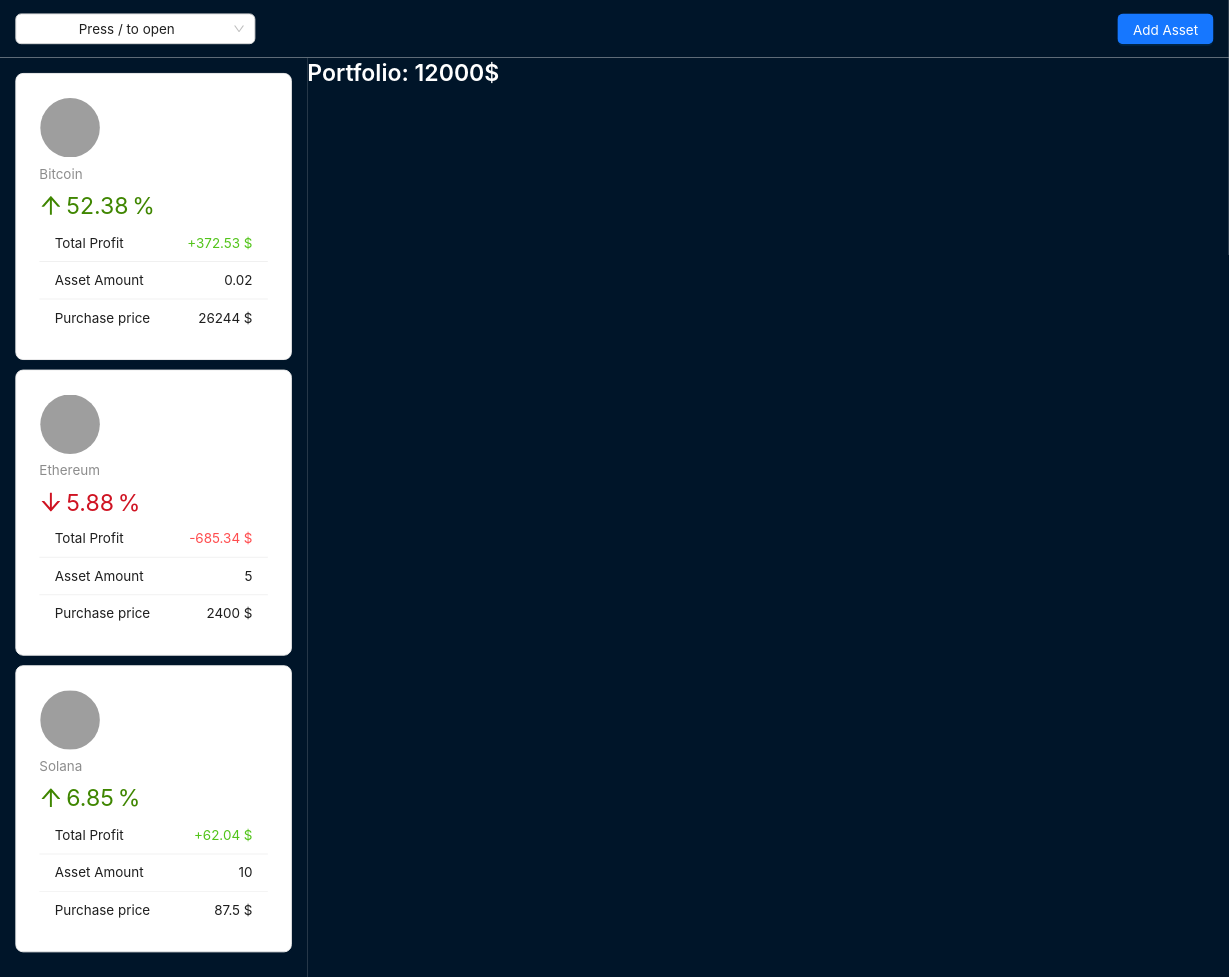
Repository: Vadia23/React-Crypto-App
Page: /
The author's editor kept a copy of each file at every save. The page is drawn from the files as they stood at one save, then again after the next save.
The browser window is 1280 px wide. The pictures show the whole page, at 96% of full size.
Pictures or frames that could not be fetched are drawn as grey boxes. The project was rebuilt for these pictures with package versions that can differ from the ones it lists, and the page was loaded fresh each time. Also part of the build but not shown: vite.config.js, src/components/CoinInfo.jsx, src/components/CoinInfoModal.jsx, src/components/AddAssetForm.jsx, src/components/layout/AppConten.jsx.

Above is the page before, as saved 2024-02-28 13:55:55.

### src/App.jsx
import { Layout } from "antd";
import AppHeader from "./components/layout/AppHeader";
import AppSider from "./components/layout/AppSider";
import AppContent from "./components/layout/AppConten";
import { CryptoContextProvider } from "./context/cryptoContext";
import AppLayout from "./components/layout/AppLayout";

export default function App() {
  return (
    <CryptoContextProvider>
      <AppLayout />
    </CryptoContextProvider>
  );
}

### src/components/layout/AppHeader.jsx
import { Button, Layout, Modal, Select, Space, Drawer } from "antd";
import { useCrypto } from "../../context/cryptoContext";
import { useEffect, useState } from "react";
import CoinInfoModal from "../CoinInfoModal";
import AddAssetForm from "../AddAssetForm";

const headerStyle = {
  textAlign: "center",
  color: "#fff",
  height: 60,
  width: "100%",
  padding: "1rem",
  display: "flex",
  justifyContent: "space-between",
  alignItems: "center",
};

export default function AppHeader() {
  const [select, setSelect] = useState(false);
  const [modal, setModal] = useState(false);
  const [drawer, setDrawer] = useState(false);
  const [coin, setCoin] = useState(null);
  const { crypto } = useCrypto();

  function handleSelect(value) {
    setModal(true);
    setCoin(crypto.find((c) => c.id === value));
    // const coin = crypto.findIndex((coin) => coin.id === value);
    // setCoin(crypto[coin]);
  }

  useEffect(() => {
    const keypress = (event) => {
      if (event.key === "/") {
        setSelect((prev) => !prev);
      }
    };

    document.addEventListener("keypress", keypress);
    return () => document.removeEventListener("keypress", keypress);
  }, []);

  return (
    <Layout.Header style={headerStyle}>
      <Select
        open={select}
        // mode="multiple"
        style={{ width: 250 }}
        onClick={() => setSelect((prev) => !prev)}
        value={"Press / to open"}
        onSelect={handleSelect}
        // optionLabelProp="label"
        options={crypto.map((coin) => ({
          label: coin.name,
          value: coin.id,
          icon: coin.icon,
        }))}
        optionRender={(option) => (
          <Space>
            <img
              style={{ width: 20 }}
              src={option.data.icon}
              alt={option.data.label}
            />{" "}
            {option.data.label}
          </Space>
        )}
      />
      <Button type="primary" onClick={() => setDrawer(true)}>
        Add Asset
      </Button>

      <Modal
        open={modal}
        onCancel={() => {
          setModal(false), setCoin(null);
        }}
        footer={null}
      >
        <CoinInfoModal coin={coin} />
      </Modal>

      <Drawer
        width={"40%"}
        title="Add Asset"
        onClose={() => setDrawer(false)}
        open={drawer}
        destroyOnClose
      >
        <AddAssetForm onClose={() => setDrawer(false)} />
      </Drawer>
    </Layout.Header>
  );
}

### src/components/layout/AppSider.jsx
import { Avatar, Card, Layout, List, Statistic, Typography } from "antd";
import { ArrowDownOutlined, ArrowUpOutlined } from "@ant-design/icons";
import { useContext } from "react";
import { capitalize } from "../../utils";
import CryptoContext from "../../context/cryptoContext";

export default function AppSider() {
  const { assets } = useContext(CryptoContext);

  return (
    <Layout.Sider width="25%" style={{ padding: "1rem" }}>
      {assets.map((asset, i) => (
        <Card key={i} style={{ marginBottom: "10px" }}>
          <Avatar size={64} src={asset.icon} style={{ marginBottom: "5px" }} />
          <Statistic
            title={capitalize(asset.id)}
            value={asset.growPercent}
            precision={2}
            valueStyle={{ color: asset.grow ? "#3f8600" : "#cf1322" }}
            prefix={asset.grow ? <ArrowUpOutlined /> : <ArrowDownOutlined />}
            suffix="%"
          />
          <List
            size="small"
            dataSource={[
              {
                title: "Total Profit",
                value: (
                  <Typography.Text type={asset.grow ? "success" : "danger"}>
                    {asset.grow
                      ? "+" + asset.totalProfit + " $"
                      : asset.totalProfit + " $"}
                  </Typography.Text>
                ),
              },
              { title: "Asset Amount", value: asset.amount },
              { title: "Purchase price", value: asset.price + " $" },
            ]}
            renderItem={(item) => (
              <List.Item>
                <span>{item.title}</span>
                {}
                <span>{item.value}</span>
              </List.Item>
            )}
          />
        </Card>
      ))}
    </Layout.Sider>
  );
}

### src/context/cryptoContext.jsx
import { createContext, useContext, useEffect, useState } from "react";
import { fakeFetchCrypto, fetchAssets } from "../api";
import { percentDifference } from "../utils";

const CryptoContext = createContext({
  assets: [],
  crypto: [],
  isLoading: false,
});

export function CryptoContextProvider({ children }) {
  const [isLoading, setIsLoading] = useState(false);
  const [crypto, setCrypto] = useState([]);
  const [assets, setAssets] = useState([]);
  function mapAssets(assets, result) {
    return assets.map((asset) => {
      const coin = result.find((c) => c.id === asset.id);

      return {
        grow: asset.price < coin.price, // boolean for color of statistic
        growPercent: percentDifference(asset.price, coin.price),
        totalAmount: asset.amount * coin.price,
        totalProfit: +(
          asset.amount * coin.price -
          asset.amount * asset.price
        ).toFixed(2),
        icon: coin.icon,
        ...asset,
      };
    });
  }

  useEffect(() => {
    async function preload() {
      setIsLoading(true);
      const { result } = await fakeFetchCrypto();
      const assets = await fetchAssets();

      setCrypto(result);
      setAssets(mapAssets(assets, result));
      setIsLoading(false);
    }
    preload();
  }, []);

  function addAsset(newAsset) {
    return setAssets((prev) => mapAssets([...prev, newAsset], crypto));
  }

  return (
    <CryptoContext.Provider value={{ isLoading, crypto, assets, addAsset }}>
      {children}
    </CryptoContext.Provider>
  );
}

export default CryptoContext;

export function useCrypto() {
  return useContext(CryptoContext);
}

### src/components/layout/AppLayout.jsx
import { Layout, Spin } from "antd";
import AppHeader from "./AppHeader";
import AppSider from "./AppSider";
import AppContent from "./AppContent";
import { useContext } from "react";
import CryptoContext from "../../context/cryptoContext";

export default function AppLayout() {
  const { isLoading } = useContext(CryptoContext);

  if (isLoading) {
    return <Spin spinning={isLoading} fullscreen />;
  }

  return (
    <Layout>
      <AppHeader />
      <Layout>
        <AppSider />
        <AppContent />
      </Layout>
    </Layout>
  );
}

### src/utils.js
export function percentDifference(a, b) {
  return +(100 * Math.abs((a - b) / ((a + b) / 2))).toFixed(2);
}

export function capitalize(str) {
  return str.charAt(0).toUpperCase() + str.substr(1);
}

### src/api.js
import { cryptoAssets, cryptoData } from "./data";

export function fakeFetchCrypto() {
  return new Promise((resolve) => {
    setTimeout(() => {
      resolve(cryptoData);
    }, 1);
  });
}
export function fetchAssets() {
  return new Promise((resolve) => {
    setTimeout(() => {
      resolve(cryptoAssets);
    }, 1);
  });
}

### src/components/layout/AppContent.jsx
import { Layout, Typography } from "antd";

const contentStyle = {
  textAlign: "center",
  minHeight: "calc(100vh - 60px)",
  color: "#fff",
  backgroundColor: "#001529",
};

export default function AppContent() {
  return (
    <Layout.Content style={contentStyle}>
      <Typography.Title level={3} style={{ color: "#fff", textAlign: "left" }}>
        Portfolio: 12000$
      </Typography.Title>
    </Layout.Content>
  );
}

Loaded but not shown: index.html (common file); src/main.jsx (common file); src/index.css (common file); src/data.js (631 lines, source omitted)

After the next save:
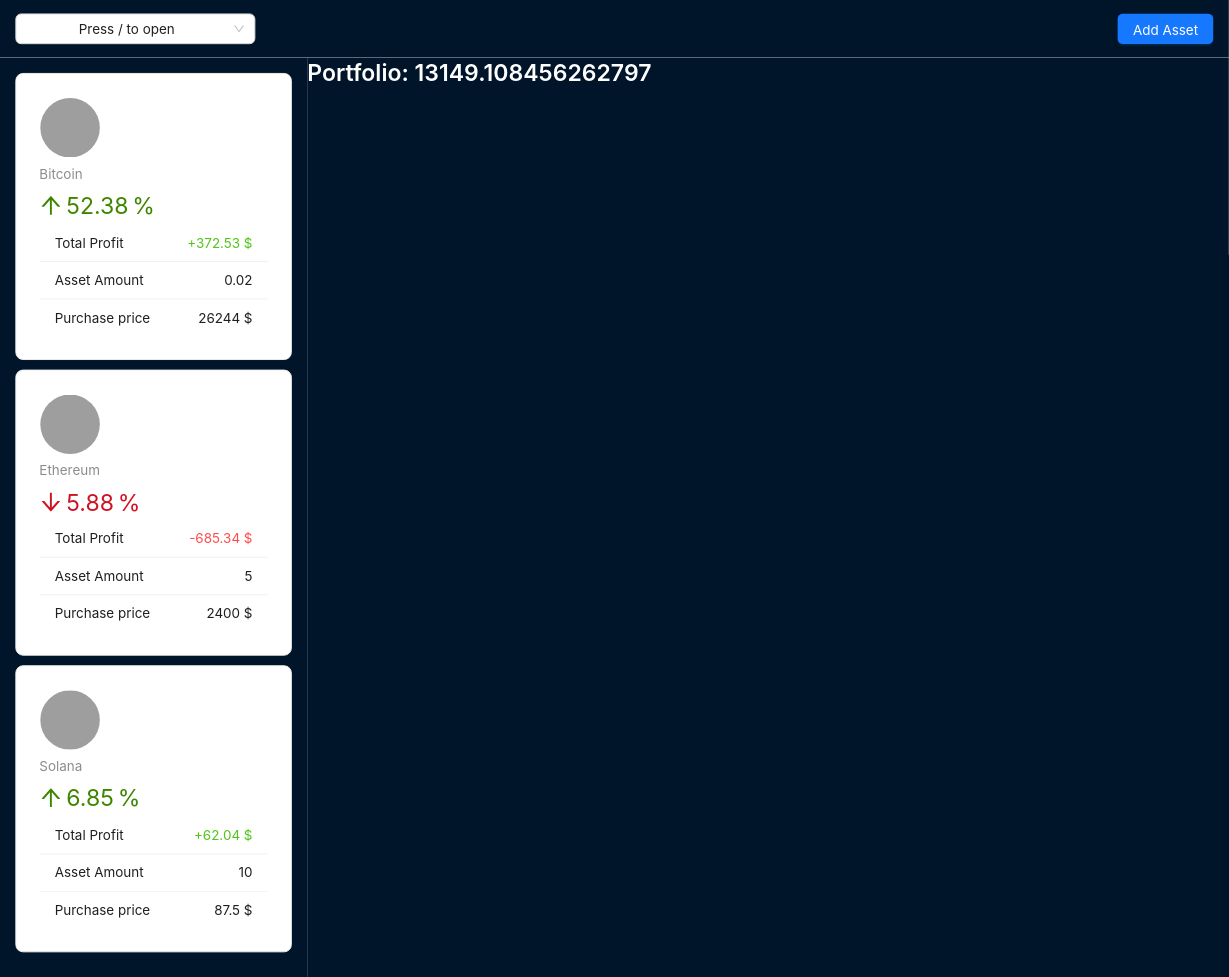
Saved 8 min 10 s later.
--- a/src/components/layout/AppContent.jsx
+++ b/src/components/layout/AppContent.jsx
@@ -1,4 +1,5 @@
 import { Layout, Typography } from "antd";
+import { useCrypto } from "../../context/cryptoContext";
 
 const contentStyle = {
   textAlign: "center",
@@ -8,10 +9,18 @@
 };
 
 export default function AppContent() {
+  const { assets, crypto } = useCrypto();
+
   return (
     <Layout.Content style={contentStyle}>
       <Typography.Title level={3} style={{ color: "#fff", textAlign: "left" }}>
-        Portfolio: 12000$
+        Portfolio:{" "}
+        {assets
+          .map((asset) => {
+            const coin = crypto.find((c) => c.id === asset.id);
+            return asset.amount * coin.price;
+          })
+          .reduce((acc, v) => acc + v, 0)}
       </Typography.Title>
     </Layout.Content>
   );
